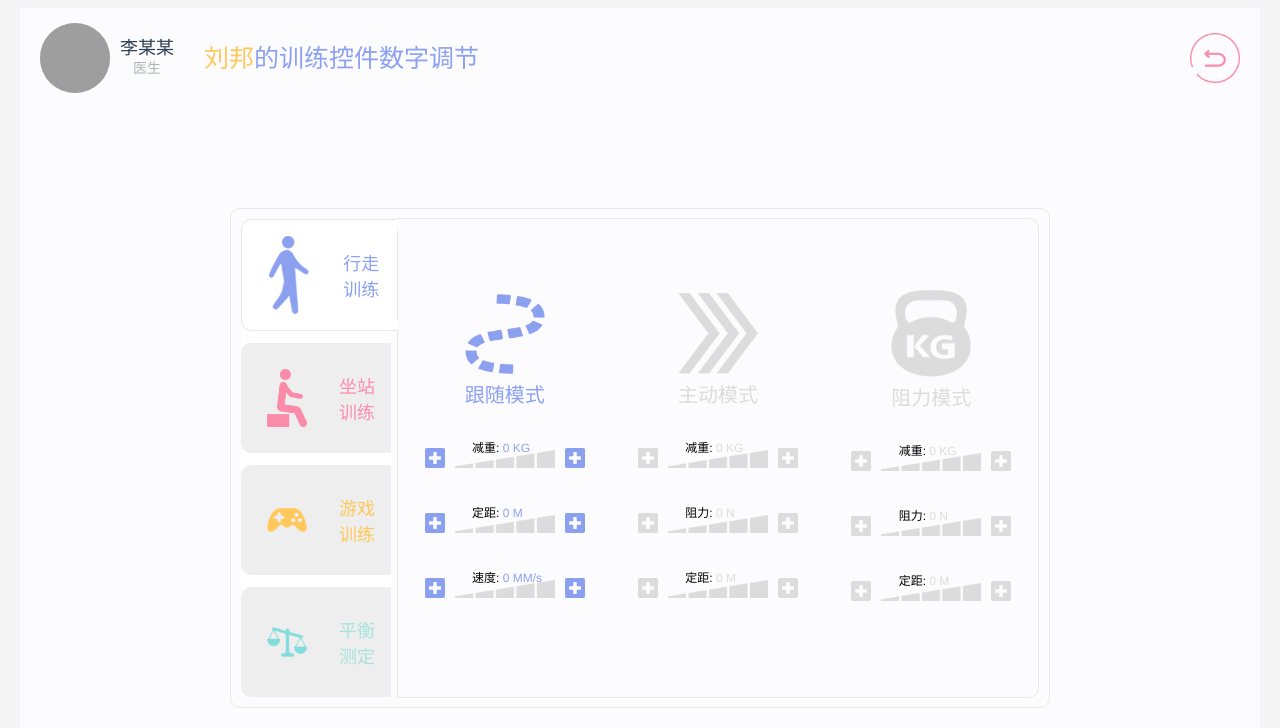
Repository: wangdanqing90/electron-vue-doctor
Page: /#/trainingAdjust
The author's editor kept a copy of each file at every save. The page is drawn from the files as they stood at one save, then again after the next save.
The browser window is 1280 px wide. The pictures show the whole page.
Pictures or frames that could not be fetched are drawn as grey boxes. The project was rebuilt for these pictures with package versions that can differ from the ones it lists, and the page was loaded fresh each time. Also part of the build but not shown: vue.config.js, src/views/Home.vue, src/assets/styles/variable.scss, src/assets/styles/iconfont.css.

Above is the page before, as saved 2020-01-15 14:57:11.

After the next save:
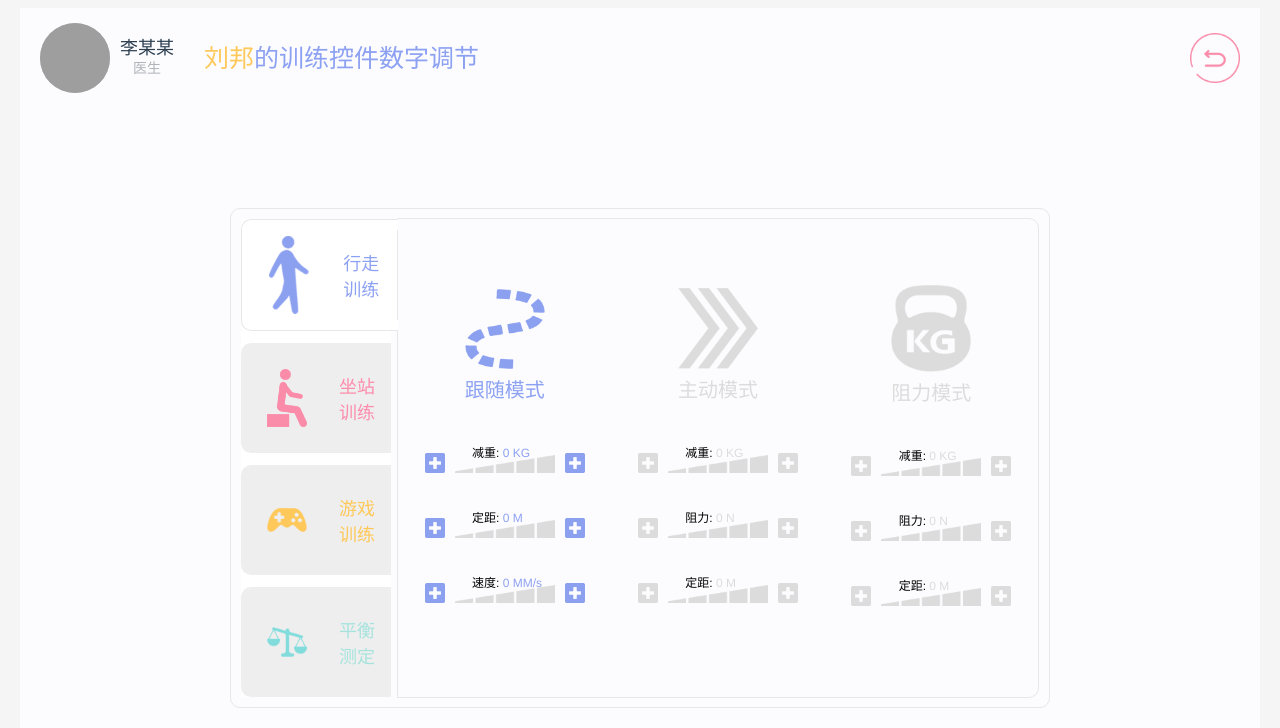
Saved 17 s later.
--- a/src/components/Adjust/AdjustContiner.vue
+++ b/src/components/Adjust/AdjustContiner.vue
@@ -144,7 +144,7 @@ export default {
   width: 210px;
   padding: 30px 20px;
   .top {
-    padding: 0 0 20px 0;
+    padding: 0 0 30px 0;
     font-size: 20px;
     img {
       width: 80px;
